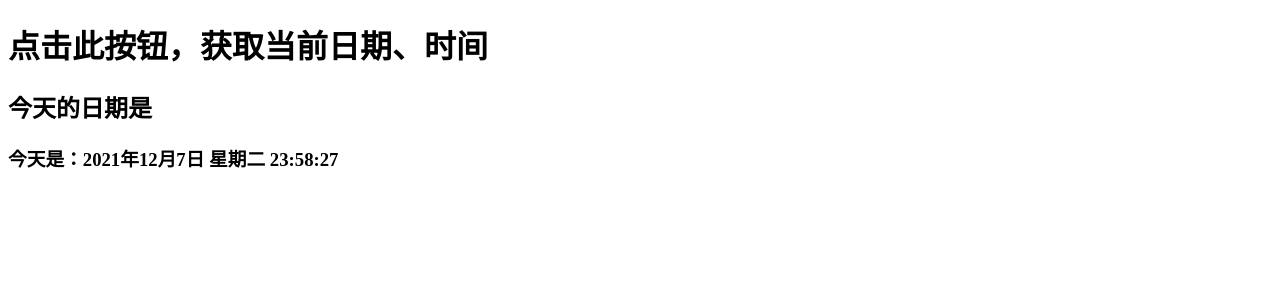
Repository: zhongmoumou/Codes
Page: 测试.html
The author's editor kept a copy of each file at every save. The page is drawn from the files as they stood at one save, then again after the next save.
The browser window is 1280 px wide. The pictures show the whole page.

Above is the page before, as saved 2021-12-08 00:30:48.

After the next save:
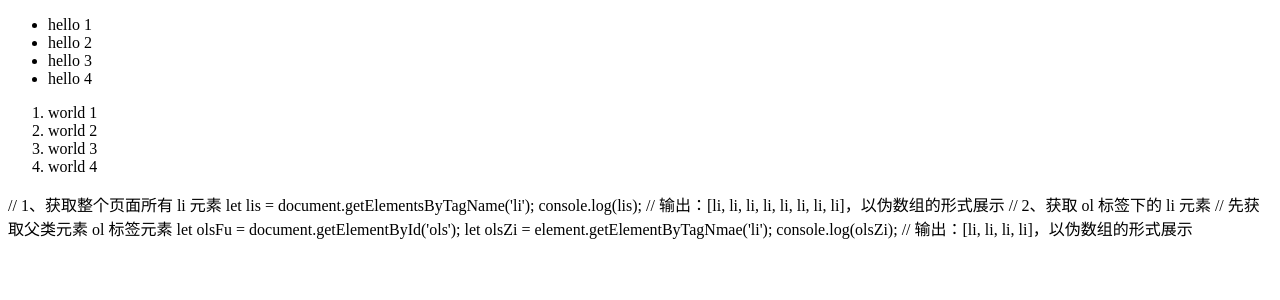
Saved 9 h 14 min later.
--- a/测试.html
+++ b/测试.html
@@ -7,66 +7,29 @@
   <title>Document</title>
   <script src="测试.js"></script>
 </head>
-<body>
-  <h1 id="btn1">点击此按钮，获取当前日期、时间</h1>
-  <h2 id="btn2">今天的日期是</h2>
-  <h3 id="btn3">今天的时期是</h3>
+<ul>
+  <li>hello 1</li>
+  <li>hello 2</li>
+  <li>hello 3</li>
+  <li>hello 4</li>
+</ul>
 
-  <script>
-  // 1、点击 h1 标签，获得当前的日期、时间
-    // 获取事件源：
-    let btn1 = document.querySelector('#btn1');
-    let btn2 = document.querySelector('#btn2')
+<ol id="ols">
+  <li>world 1</li>
+  <li>world 2</li>
+  <li>world 3</li>
+  <li>world 4</li>
+</ol>
 
-    //确定事件类型、完成事件处理程序：
-    btn1.onclick = function() {
-      btn2.innerText = getDate();
-    }
+// 1、获取整个页面所有 li 元素
+let lis = document.getElementsByTagName('li');
 
-  // 2、不点击，直接让 h3 标签显示当前日期
-    let btn3 = document.querySelector('#btn3');
+console.log(lis);  // 输出：[li, li, li, li, li, li, li, li]，以伪数组的形式展示
 
-    btn3.innerText = getDate();
+// 2、获取 ol 标签下的 li 元素
+// 先获取父类元素 ol 标签元素
+let olsFu = document.getElementById('ols');
 
-
-    // 该函数的作用是：返回当前日期（年/月/日/星期）
-    function getDate() {
-      let date = new Date();  // 获取当前中国标准时间
-
-      let year = date.getFullYear();  // 获取当前的年份
-      let month = date.getMonth() + 1;  // 获取当前的月份（加1是因为该方法从0-11，所以真实月份应该加1）
-      let dates = date.getDate();  // 获取当天日期
-
-      let week = ['星期日', '星期一', '星期二', '星期三', '星期四', '星期五', '星期六'];
-      let day = date.getDay();  // 获取星期几（周日0 到 周六6），配合上面的 week 就可以获得今日的星期（week[day]）
-
-      return '今天是：' + year + '年' + month + '月' + dates + '日 ' + week[day] + ' ' + getTime()
-    }
-
-    // 该函数的作用是：返回当前时间（几时几分几秒）
-    function getTime() {
-      let time = new Date();
-
-      let hour = time.getHours();
-      if (hour < 10) {
-        hour = '0' + hour;  // 当时小于10的时候，前面加个0
-      };
-      // 可以用三元表达式：hour = hour < 10 ? '0' + hour : hour;
-
-      let minutes = time.getMinutes();
-      if (minutes < 10) {
-        minutes = '0' + minutes;  // 当分小于10的时候，前面加个0
-      };
-      // 可以用三元表达式：minutes = minutes < 10 ? '0' + minutes : minutes;
-
-      let seconds = time.getSeconds();
-      if (seconds < 10) {
-        seconds = '0' + seconds;  // 当秒小于10的时候，前面加个0
-      };
-      // 可以用三元表达式：seconds = seconds < 10 ? '0' + seconds : seconds;
-
-      return hour + ':' + minutes + ':' + seconds
-    }
-  </script>
-</body>
+let olsZi = element.getElementByTagNmae('li');
+console.log(olsZi);  // 输出：[li, li, li, li]，以伪数组的形式展示
 </html>
